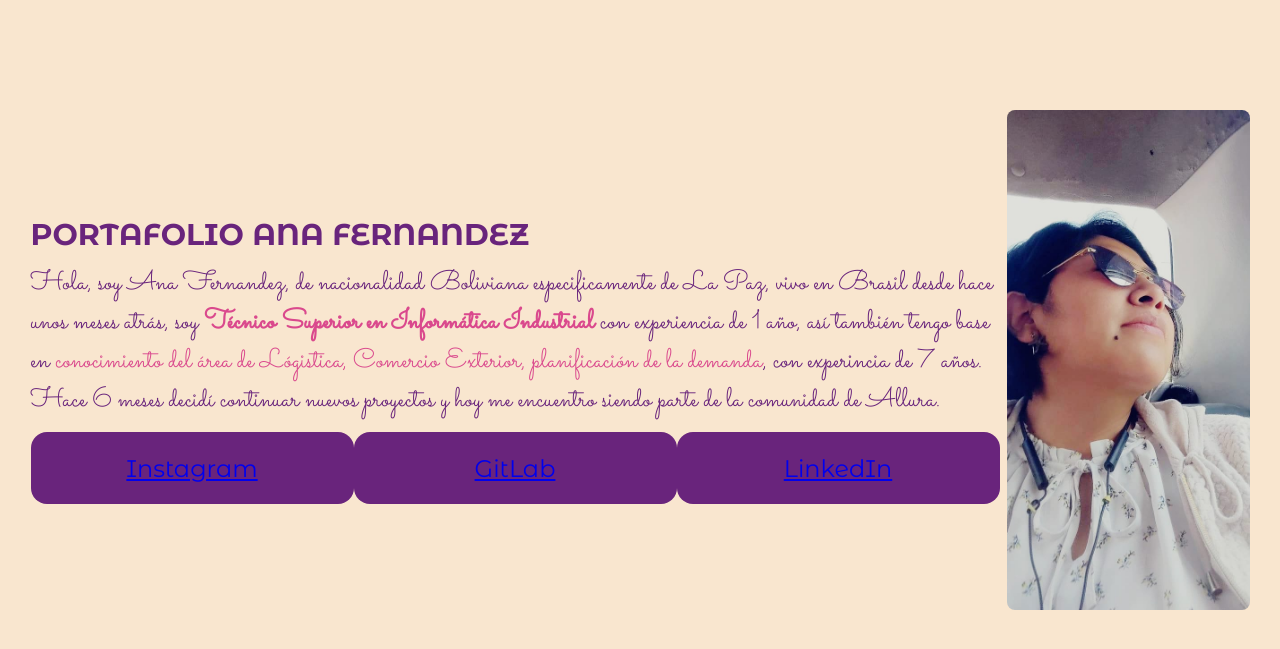
Repository: AnaFzCz/PROYECTOS-HTML---CSS2
Page: Portafolio/index.html
These files come from the project's save history. The page is drawn as it stood at one moment and after the next save; the edit follows.
The browser window is 1280 px wide. The pictures show the whole page.

Above is the page before, as saved 2025-01-27 05:21:30.

### Portafolio/index.html
<!DOCTYPE html>
<html lang="en">

<head>
    <meta charset="UTF-8">
    <meta http-equiv="X-UA-Compatible" content="IE=edge">
    <meta name="viewport" content="width=device-width, initial-scale=1.0">
    <title>Portafolio</title>
    <link rel="stylesheet" href="style.css">
</head>

<body>
    <header>

    </header>
    <main class="presentacion">
        <div class="container responsivo-container">
            <h1 class="presentacion_titulo">PORTAFOLIO ANA FERNANDEZ</h1>
            <p class="presentacion_parrafo">Hola, soy Ana Fernandez, de nacionalidad Boliviana especificamente de La
                Paz, vivo en Brasil desde hace
                unos meses atrás, soy <strong class="destacar">Técnico Superior en Informática Industrial</strong> con
                experiencia de 1 año, así también tengo base en <span>conocimiento del área de Lógistica, Comercio
                    Exterior, planificación de la demanda</span>, con experincia de 7 años. Hace 6 meses decidí
                continuar nuevos proyectos y hoy me encuentro siendo parte de la comunidad de Allura.</p>

            <div class="presentacion_links">
                <a class="presentacion_links_link" href="https://instagram.com/anafzcz">Instagram</a>
                <a class="presentacion_links_link" href="https://github.com/AnaFzCz">GitLab</a>
                <a class="presentacion_links_link" href="https://linkedin.com/in/ana-fernandez-cruz-238787124">LinkedIn</a>
            </div>
        </div>
        <img src="mindfullness.jpg" alt="myself" style="width:250px;height: 500px;">
    </main>
    <footer></footer>
</body>

</html>

### Portafolio/style.css
@import url('https://fonts.googleapis.com/css2?family=Montserrat+Alternates:ital,wght@0,100;0,200;0,300;0,400;0,500;0,600;0,700;0,800;0,900;1,100;1,200;1,300;1,400;1,500;1,600;1,700;1,800;1,900&family=Sacramento&display=swap');

/*Resetear configuraciones*/
* {
  margin: 0;
  padding: 0;
}

body {
  height: 100vh;
  display: flex;
  box-sizing: border-box;
  justify-content: center;
  align-items: center;
  background-color: #F9E6CF;
  color: #69247C;
  font-family: "Montserrat Alternates", serif;
}

.destacar {
  color: #DA498D;
}

/*contenedor de las columnas*/
.presentacion {
  margin: 10%;
  display: flex;
  align-items: center;
  justify-content: space-between;

}

.container {
  display: flex;
  align-items: center;
  height: 300px;
  weight: 615px;
  ;
  /* Altura ajustável conforme necessário */
}

.responsivo-container {
  display: flex;
  flex-direction: row;
  flex-wrap: wrap;
}

span {
  color: #DA498D;
}

.presentacion_titulo {
  align-content: center;
  font-size: 30px;
  font-family: "Montserrat Alternates", serif;
}

.presentacion_parrafo {

  font-size: 27px;
  font-family: "Sacramento", serif;
  }

.presentacion_links{
  display: flex;
  justify-content: space-between;
}

.presentacion_links_link{
  background-color:#69247C;
  width: 280px;
  text-align: center;
  border-radius:16px;
  font-size: 24px;
  padding: 21.5px;
}

/*

a {
  color: #22D4FD;
  border: 1px solid #22D4FD;
  padding: 10px;
  text-align: center;
}
*/

img {
  border-radius: 8px;
  display: block;
  margin-left: auto;
  margin-right: auto;
}

img:hover {
  transform: scaleX(-1);
}

After the next save:
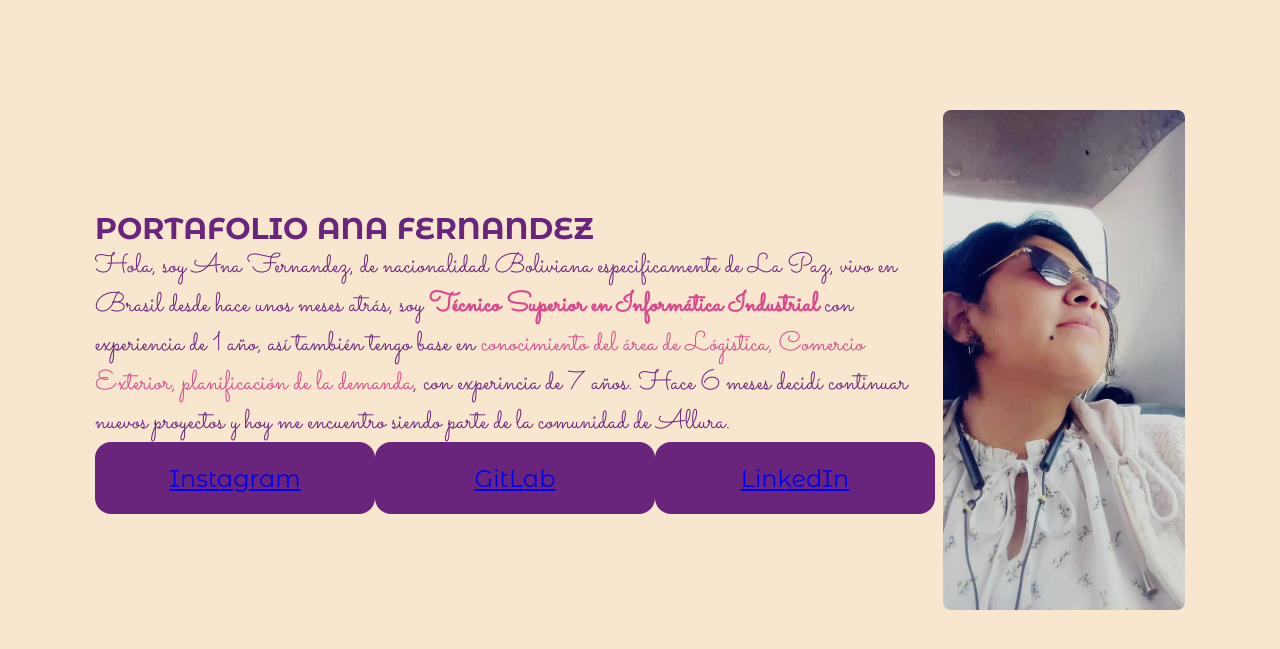
Saved 99 s later.
--- a/Portafolio/style.css
+++ b/Portafolio/style.css
@@ -72,7 +72,7 @@ span {
   text-align: center;
   border-radius:16px;
   font-size: 24px;
-  padding: 21.5px;
+  padding: 21.5px 0;
 }
 
 /*
